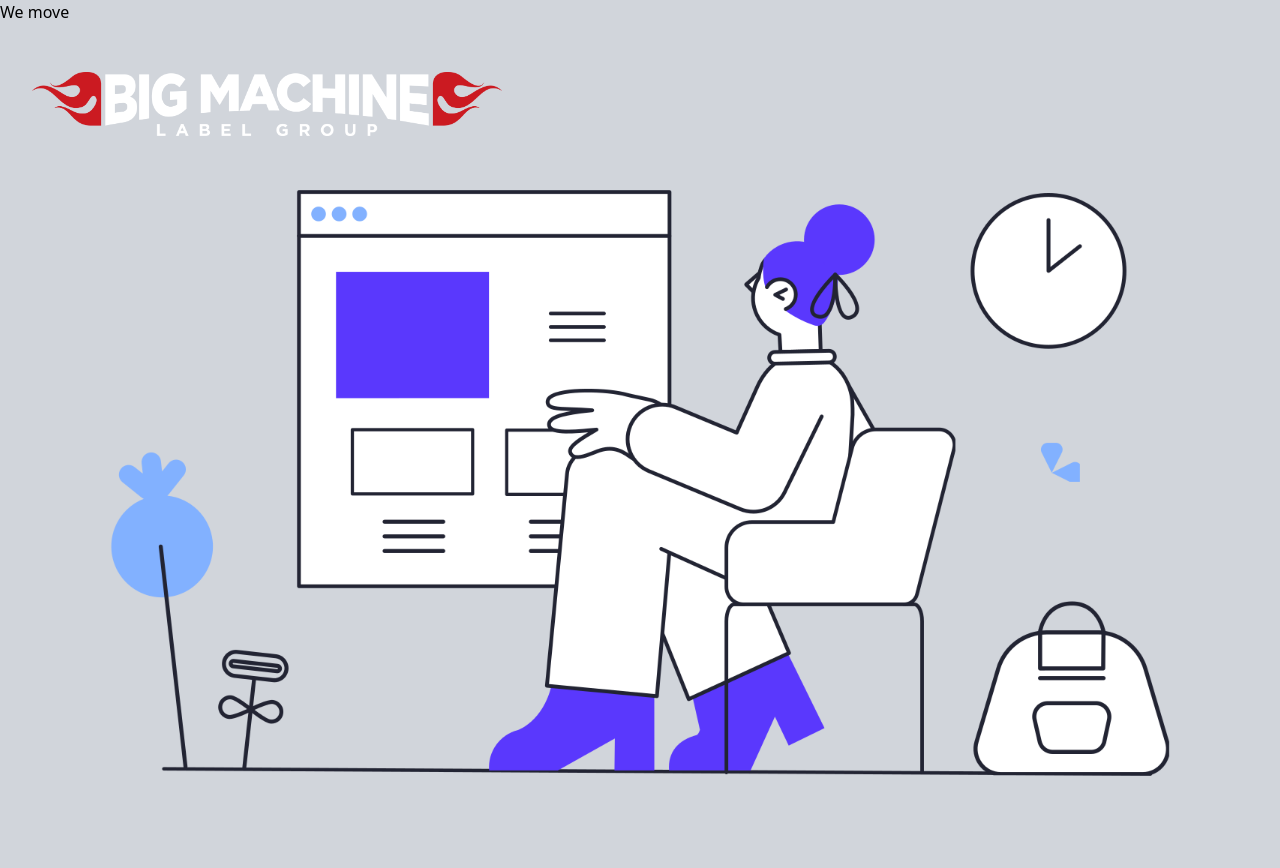
Repository: thasquirrie/fanmanagement
Page: / (app in frontend/)
These files come from the project's save history. The page is drawn as it stood at one moment and after the next save; the edit follows.
The browser window is 1280 px wide. The pictures show the whole page.
The project was rebuilt for these pictures with package versions that can differ from the ones it lists, and the page was loaded fresh each time. A package was used in the major version that the imports need, not the one package.json lists. Also part of the build but not shown: frontend/craco.config.js, frontend/src/App.css.

Above is the page before, as saved 2021-05-25 14:03:40.

After the next save:
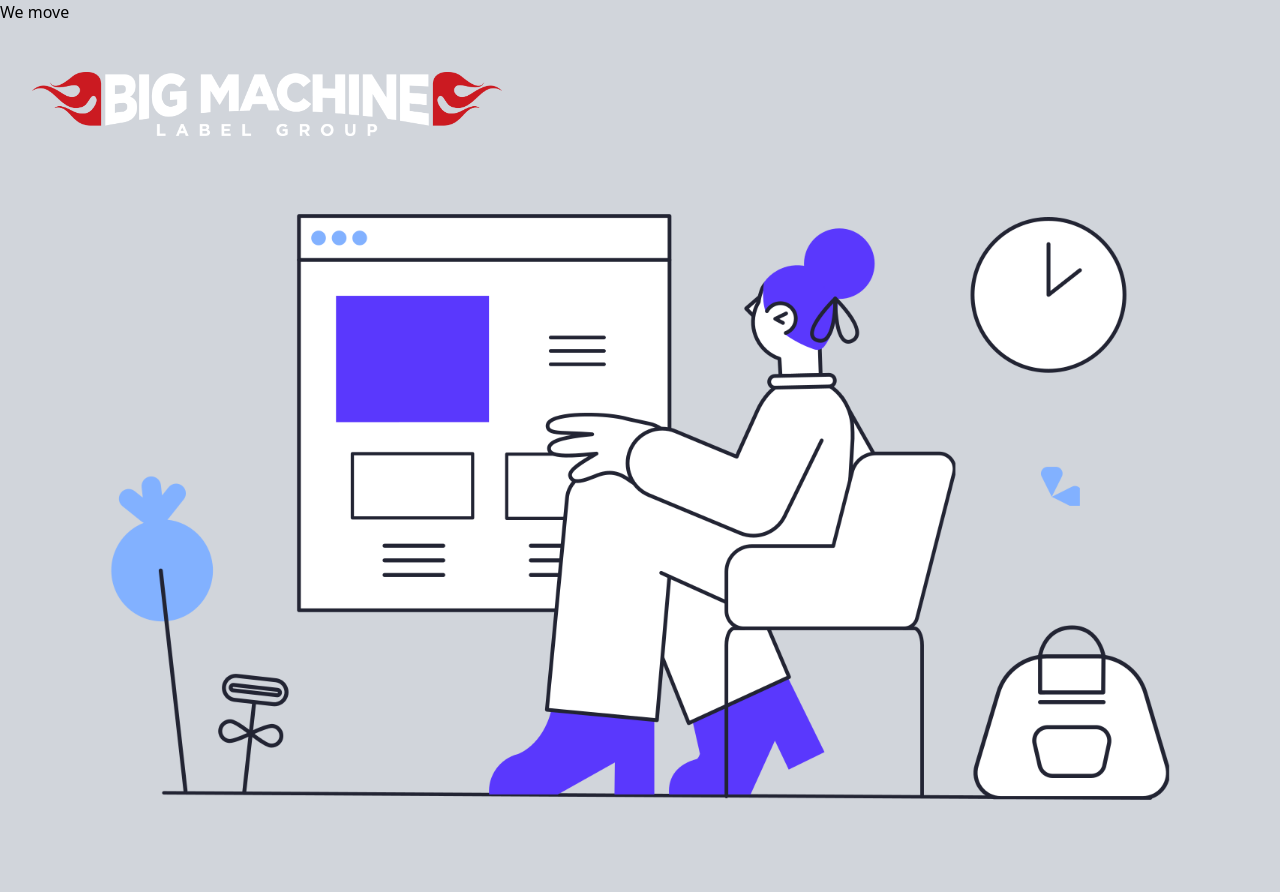
Saved 84 s later.
--- a/frontend/src/screens/HomeScreen.jsx
+++ b/frontend/src/screens/HomeScreen.jsx
@@ -5,7 +5,7 @@
   <>
    <div className='px-8 py-12'>
     <img className='lg:h-16' src='/img/pngegg.png' alt='Big Machine' />
-    <img src='/img/pablita-522.png' alt='Woman organizing' />
+    <img className='mt-6' src='/img/pablita-522.png' alt='Woman organizing' />
    </div>
   </>
  );
